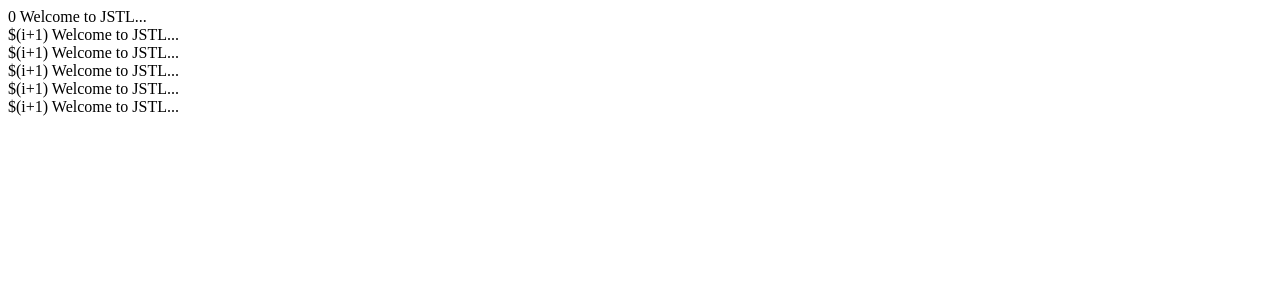
Repository: bindu2505/Mode1-Training
Page: http://localhost/JstlDemo/loopdemo.jsp
These files come from the project's save history. The page is drawn as it stood at one moment and after the next save; the edit follows.
The browser window is 1280 px wide. The pictures show the whole page.
The page is served by Tomcat 9.

Above is the page before, as saved 2019-08-26 04:03:10.

After the next save:
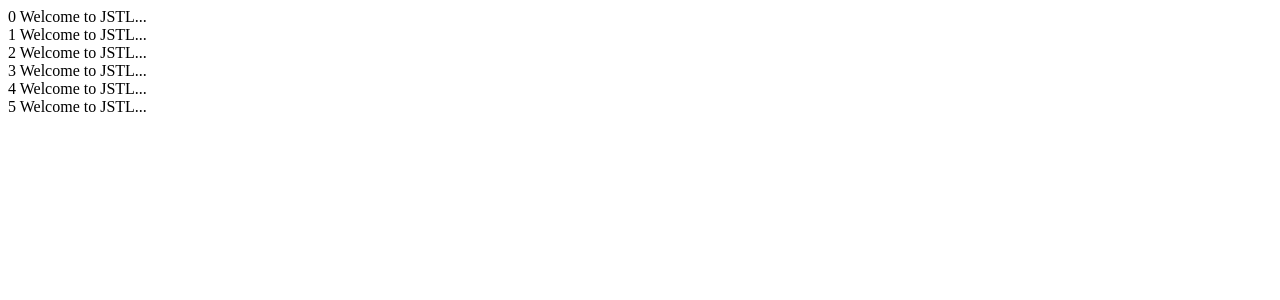
Saved 22 s later.
--- a/Day20/JstlDemo/WebContent/loopdemo.jsp
+++ b/Day20/JstlDemo/WebContent/loopdemo.jsp
@@ -12,7 +12,7 @@
 	<m:set value="0" var="i"/>
 	<m:forEach step="1" begin="1" end="6" >
 		<m:out value="${i}" />
-		<m:set var="i" value="$(i+1)" />
+		<m:set var="i" value="${i+1}" />
 		<m:out value="Welcome to JSTL..." /><br/>
 	</m:forEach>
 </body>
